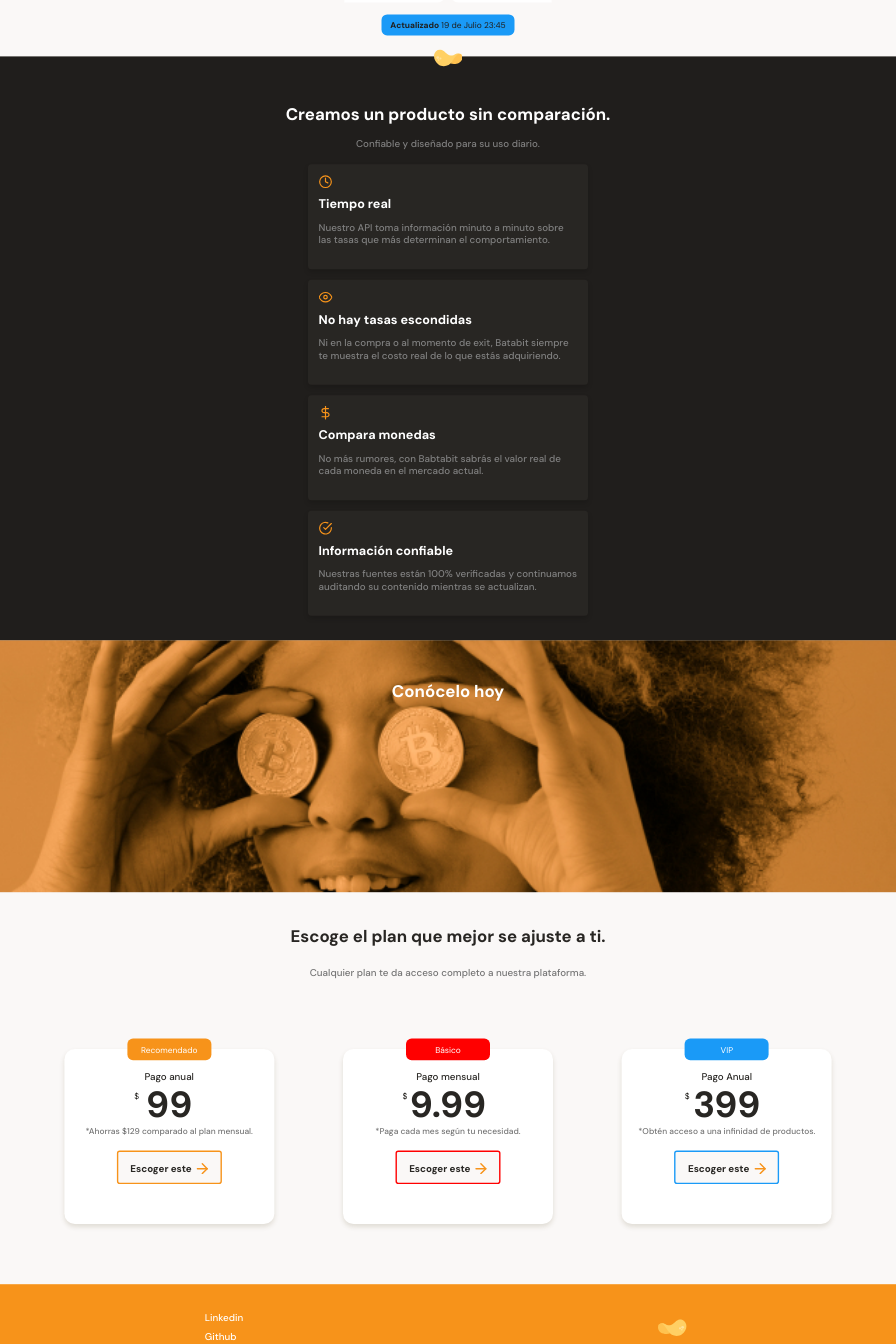
Repository: ChristianGecchelin/spa-full-css-html
Page: index.html
These files come from the project's save history. The page is drawn as it stood at one moment and after the next save; the edit follows.
The browser window is 1280 px wide. The pictures show the part of the page from y = 1411 to 3331 px (the page is 3396 px tall before and 2916 px after), at 70% of full size.

Above is the page before, as saved 2021-11-29 23:41:59.

### index.html
<!DOCTYPE html>
<html lang="en">
  <head>
    <meta charset="UTF-8" />
    <meta http-equiv="X-UA-Compatible" content="IE=edge" />
    <meta name="viewport" content="width=device-width, initial-scale=1.0" />
    <title></title>
    <link rel="preconnect" href="https://fonts.googleapis.com" />
    <link rel="preconnect" href="https://fonts.gstatic.com" crossorigin />
    <link
      href="https://fonts.googleapis.com/css2?family=DM+Sans:wght@400;500;700&family=Inter:wght@300;500&display=swap"
      rel="stylesheet"
    />
    <link rel="stylesheet" href="./styles/styles.css" />
    <link
      rel="stylesheet"
      href="./styles/tablet.css"
      media="(min-width:930px)"
    />
  </head>
  <!-- shift+alt+A para comentar -->
  <body>
    <header>
      <!-- Las etiquetas principales no necesitan ponerle clase porque solo hay una en el archivo -->
      <img src="./assets/img/logo.svg" alt="logo" />
      <div class="header--title-container">
        <h1>La próxima revolución en el intercambio de criptomonedas.</h1>
        <p>
          Batatabit te ayuda a navegar entre los diferentes precios y
          tendencias.
        </p>
        <a class="header--button" href="#plans"
          >Conoce Nuestros Planes <span></span
        ></a>
      </div>
    </header>
    <main>
      <section class="main-exchange-container">
        <div class="backgroundImg"></div>
        <div class="main-exchange-container--title">
          <h2>Visibilizamos todas las tasas de cambio.</h2>
          <p>
            Traemos información en tiempo real de las casas de cambio y las
            monedas más importantes del mundo.
          </p>
        </div>
        <section class="main-tables-container">
          <!-- creo otra seccion porque tengo mucha información para mostrar -->
          <div class="main-currency-table">
            <p class="currency-table--title">Monedas</p>
            <div class="currency-table--container">
              <table>
                <tr>
                  <!-- table row --><!-- table data, info de la tabla -->
                  <td class="table__top-left">Bitcoin</td>
                  <td class="table__top-right table__right">
                    $1.96 <span class="down"></span>
                  </td>
                </tr>
                <tr>
                  <td>Ethereum</td>
                  <td class="table__top-right table__right">
                    $0.07 <span class="up"></span>
                  </td>
                </tr>
                <tr>
                  <td>Ripple</td>
                  <td class="table__right">$2.17 <span class="down"></span></td>
                </tr>
                <tr>
                  <td class="table__bottom-left">Stellar</td>
                  <td class="table__bottom-right table__right">
                    $4.96 <span class="down"></span>
                  </td>
                </tr>
              </table>
            </div>
            <div class="currency-table--date">
              <p><b>Actualizado</b> 19 de Julio 23:45</p>
            </div>
          </div>
          <div class="main-comissions-table">
            <p class="comissions-table--title">Comisiones</p>
            <div class="comissions-table--container">
              <table>
                <tr>
                  <!-- table row --><!-- table data, info de la tabla -->
                  <td class="table__top-left">Bitrade</td>
                  <td class="table__top-right table__right">$12.96</td>
                </tr>
                <tr>
                  <td>Bitpreco</td>
                  <td class="table__top-right table__right">$13.07</td>
                </tr>
                <tr>
                  <td>Novadax</td>
                  <td class="table__right">$13.15</td>
                </tr>
                <tr>
                  <td class="table__bottom-left">Coinext</td>
                  <td class="table__bottom-right table__right">$14.96</td>
                </tr>
              </table>
            </div>
            <div class="comissions-table--date">
              <p><b>Actualizado</b> 19 de Julio 23:45</p>
            </div>
          </div>
        </section>
      </section>
      <section class="main-product-detail">
        <span class="product-detail--batata-logo"></span>
        <div class="product-detail--title">
          <h2>Creamos un producto sin comparación.</h2>
          <p>Confiable y diseñado para su uso diario.</p>
        </div>
        <section class="product-cards--container">
          <article class="product-detail--card">
            <span class="clock"></span>
            <p class="product--card-title">Tiempo real</p>
            <p class="product--card-body">
              Nuestro API toma información minuto a minuto sobre las tasas que
              más determinan el comportamiento.
            </p>
          </article>
          <article class="product-detail--card">
            <span class="eye"></span>
            <p class="product--card-title">No hay tasas escondidas</p>
            <p class="product--card-body">
              Ni en la compra o al momento de exit, Batabit siempre te muestra
              el costo real de lo que estás adquiriendo.
            </p>
          </article>
          <article class="product-detail--card">
            <span class="dollar"></span>
            <p class="product--card-title">Compara monedas</p>
            <p class="product--card-body">
              No más rumores, con Babtabit sabrás el valor real de cada moneda
              en el mercado actual.
            </p>
          </article>
          <article class="product-detail--card">
            <span class="check"></span>
            <p class="product--card-title">Información confiable</p>
            <p class="product--card-body">
              Nuestras fuentes están 100% verificadas y continuamos auditando su
              contenido mientras se actualizan.
            </p>
          </article>
        </section>
      </section>
      <section class="bitcoin-img-container">
        <h2>Conócelo hoy</h2>
      </section>
      <section id="plans" class="main-plans-container">
        <div class="plans--title">
          <h2>Escoge el plan que mejor se ajuste a ti.</h2>
          <p>Cualquier plan te da acceso completo a nuestra plataforma.</p>
        </div>
        <section class="plans-container--slider">
          <article class="plans-container--card">
            <p class="recomendado">Recomendado</p>
            <div class="plan-info-container">
              <h3 class="plan-card--title">Pago anual</h3>
              <p class="plan-card--price"><span class="chico">$</span> 99</p>
              <p class="plan-card--saving">
                *Ahorras $129 comparado al plan mensual.
              </p>
              <button class="plan-card--ca">Escoger este <span></span></button>
            </div>
          </article>
          <article class="plans-container--card">
            <p class="basico">Básico</p>
            <div class="plan-info-container">
              <h3 class="plan-card--title">Pago mensual</h3>
              <p class="plan-card--price"><span class="ancho">$</span> 9.99</p>
              <p class="plan-card--saving">
                *Paga cada mes según tu necesidad.
              </p>
              <button class="plan-card--car">Escoger este <span></span></button>
            </div>
          </article>
          <article class="plans-container--card">
            <p class="vip">VIP</p>
            <div class="plan-info-container">
              <h3 class="plan-card--title">Pago Anual</h3>
              <p class="plan-card--price"><span class="normal">$</span> 399</p>
              <p class="plan-card--saving">
                *Obtén acceso a una infinidad de productos.
              </p>
              <button class="plan-card--cab">Escoger este <span></span></button>
            </div>
          </article>
        </section>
      </section>
    </main>
    <footer>
      <section class="left">
        <ul>
          <li><a href="#">Linkedin</a></li>
          <li><a href="#">Github</a></li>
          <li><a href="#">Twitter</a></li>
        </ul>
      </section>
      <section class="right">
        <img src="assets/img/logo-footer.svg" alt="Logo Batabit 2020" />
      </section>
    </footer>
  </body>
</html>

### styles/styles.css
/* shift+alt+A para comentar */
/*  1° estilos relacionados a posicionamiento
    2° Modelo de caja (box model width height lo que da dimensión)
    3° Tipografías
    4° Visuales (sombras)
    5° Otros */
:root {
  /* colores (creo variables para no andar buscando los codigos */
  --bitcoin-orange: #f7931a;
  --soft-orange: #ffe9d5;
  --secondary-blue: #1a9af7;
  --soft-blue: #e7f5ff;
  --warm-black: #201e1c;
  --black: #282623;
  --grey: #bababa;
  --off-white: #faf8f7;
  --just-white: #fff;
}
* {
  box-sizing: border-box;
  margin: 0;
  padding: 0;
}
html {
  font-size: 62.5%;
  font-family: "DM Sans", sans-serif;
}
header {
  position: relative;
  display: flex;
  flex-direction: column;
  justify-content: center;
  width: 100%;
  min-width: 320px; /* dimensión más chica en moviles */
  height: 334px;
  text-align: center;
  background: linear-gradient(
    207.8deg,
    #201e1c 16.69%,
    #f7931a 100%
  ); /* el fondo con gradiente */
}
header img {
  width: 150px;
  height: 24px;
  margin-top: 60px;
  align-self: center; /* alineo al hijo (el padre debe tener flex) este caso es alineado horizontal porque el flex-direction es column */
}
.header--title-container {
  width: 90%; /* ocupa el 90% entre 288 y 900px */
  min-width: 288px;
  max-width: 900px;
  height: 218px;
  margin-top: 40px;
  text-align: center;
  align-self: center; /* centro el contenedor */
}
.header--title-container h1 {
  font-size: 2.4rem;
  font-weight: 700;
  line-height: 2.6rem;
  color: var(
    --just-white
  ); /* llamo la variable que cree en root para los colores */
}
.header--title-container p {
  margin-top: 25px;
  font-size: 1.4rem;
  font-weight: 500;
  line-height: 1.8rem;
  color: var(--soft-orange);
}
.header--title-container .header--button {
  position: absolute;
  top: 270px;
  left: calc(
    50% - 118px
  ); /* es importante dejar espacios entre el signo menos y los valores */
  display: block;
  margin-top: 35px;
  padding: 15px;
  width: 229px;
  height: 48px;
  background-color: var(--off-white);
  font-size: 1.4rem;
  font-weight: 700;
  text-decoration: none;
  color: var(--black);
  /* sombras */
  box-shadow: 0px 4px 8px rgba(89, 73, 30, 0.16);
  border: none;
  border-radius: 5px;
}
.header--button span {
  display: inline-block;
  width: 13px;
  height: 8px;
  margin-left: 10px;
  background-image: url(../assets/icons/down-arrow.svg);
}
main {
  width: 100%;
  height: auto;
  background-color: var(--off-white);
  min-width: 320px;
}
.main-exchange-container {
  width: 100%;
  height: auto;
  padding-top: 80px;
  padding-bottom: 30px;
  text-align: center;
}
.main-exchange-container--title {
  width: 90%;
  min-width: 288px;
  max-width: 900px;
  margin: 0 auto;
}
.main-exchange-container .backgroundImg {
  /* le tengo que dar dimensiones porque en el html la imagen no existe */
  width: 200px;
  height: 200px;
  margin: 0 auto;
  margin-bottom: 50px;
  background-image: url(../assets/img/Bitcoin.svg);
  background-size: cover;
  background-position: center;
  background-repeat: no-repeat; /* con estas propiedades de background garantizo que la imagen siempre va a estar centrada y que ocupe el espacio correcto */
}
.main-exchange-container h2 {
  margin-bottom: 30px;
  font-size: 2.4rem;
  font-weight: 700;
  line-height: 2.6rem;
  color: var(--black);
}
.main-exchange-container p {
  margin-bottom: 30px;
  font-size: 1.4rem;
  font-weight: 500;
  line-height: 1.6rem;
  color: #757575;
}
.main-currency-table .main-comissions-table {
  width: 70%;
  min-width: 235px;
  max-width: 500px;
  height: 360px;
  margin: 0 auto;
  font-family: "inter", "sans-serif";
}
.main-currency-table .currency-table--title,
.main-comissions-table .comissions-table--title {
  margin-bottom: 15px;
  font-size: 1.8rem;
  font-weight: bold;
  line-height: 2.3rem;
  color: var(--bitcoin-orange);
}
.main-comissions-table .comissions-table--title {
  margin-top: 30px;
  color: var(--secondary-blue);
}
.main-currency-table .currency-table--container,
.main-comissions-table .comissions-table--container {
  width: 90%;
  min-width: 230px;
  max-width: 300px;
  height: 250px;
  margin: 0 auto;
}
.currency-table--container table,
.comissions-table--container table {
  width: 100%;
  height: 100%;
}
.currency-table--container td,
.comissions-table--container td {
  width: 50%;
  font-size: 1.6rem;
  font-weight: 500;
  line-height: 1.9rem;
  color: var(--grey);
  background-color: var(--just-white);
}
.currency-table--container .table__top-left,
.comissions-table--container .table__top-left {
  border-radius: 15px 0 0 0;
}
.currency-table--container .table__top-right,
.comissions-table--container .table__top-right {
  border-radius: 0 15px 0 0;
}
.currency-table--container .table__bottom-left,
.comissions-table--container .table__bottom-left {
  border-radius: 0 0 15px 0;
}
.currency-table--container .table__bottom-right,
.comissions-table--container .table__bottom-right {
  border-radius: 0 0 0 15px;
}
.currency-table--container .table__right,
.comissions-table--container .table__right {
  font-size: 1.4rem;
  font-weight: normal;
  line-height: 1.7rem;
  color: #757575;
}
.currency-table--container .down,
.main-comissions-table .down {
  display: inline-block;
  width: 15px;
  height: 15px;
  margin-left: 10px;
  background-image: url(../assets/icons/trending-down.svg);
  background-size: cover;
  background-position: center;
  background-repeat: no-repeat;
}
.currency-table--container .up,
.main-comissions-table .up {
  display: inline-block;
  width: 15px;
  height: 15px;
  margin-left: 10px;
  background-image: url(../assets/icons/trending-up.svg);
  background-size: cover;
  background-position: center;
  background-repeat: no-repeat;
}
.currency-table--date,
.comissions-table--date {
  width: 190px;
  height: 30px;
  margin: 0 auto;
  margin-top: 15px;
  padding: 8px;
  background-color: var(--soft-orange);
  border-radius: 8px;
}
.comissions-table--date {
  background-color: var(--secondary-blue);
}
.currency-table--date p,
.comissions-table--date p {
  font-size: 1.2rem;
  line-height: 1.5rem;
  color: var(--warm-black);
  font-weight: 300;
}
.main-product-detail {
  position: relative;
  width: 100%;
  min-width: 320px;
  height: auto;
  padding: 20px 10px;
  background-color: var(--warm-black);
}
.product-detail--batata-logo {
  position: absolute;
  width: 40px;
  height: 25px;
  top: -10px;
  left: calc(50% - 20px); /* 20px porque es la mitad del width */
  background-image: url(../assets/icons/batata.svg);
}
.product-detail--title {
  width: 90%;
  min-width: 288px;
  height: auto;
  margin: 0 auto;
  margin-top: 50px;
  text-align: center;
}
.product-detail--title h2 {
  margin-bottom: 20px;
  font-size: 2.4rem;
  font-weight: 700;
  line-height: 2.6rem;
  color: var(--just-white);
}
.product-detail--title {
  margin-bottom: 20px;
  font-size: 1.4rem;
  font-weight: 500;
  line-height: 1.8rem;
  color: #808080;
}
.product-detail--card {
  width: 90%;
  min-width: 288px;
  max-width: 400px;
  height: 150px;
  margin: 15px auto;
  padding: 15px;
  background-color: var(--black);
  border-radius: 5px;
  box-shadow: 0 4px 8px rgba(0, 0, 0, 0.16);
}
.product-detail--card .clock {
  display: inline-block;
  width: 20px;
  height: 20px;
  margin-bottom: 10px;
  background-image: url(../assets/icons/clock.svg);
  background-size: cover;
  background-position: center;
  background-repeat: no-repeat;
}
.product-detail--card .eye {
  display: inline-block;
  width: 20px;
  height: 20px;
  margin-bottom: 10px;
  background-image: url(../assets/icons/eye.svg);
  background-size: cover;
  background-position: center;
  background-repeat: no-repeat;
}
.product-detail--card .dollar {
  display: inline-block;
  width: 20px;
  height: 20px;
  margin-bottom: 10px;
  background-image: url(../assets/icons/dollar-sign.svg);
  background-size: cover;
  background-position: center;
  background-repeat: no-repeat;
}
.product-detail--card .check {
  display: inline-block;
  width: 20px;
  height: 20px;
  margin-bottom: 10px;
  background-image: url(../assets/icons/check-circle.svg);
  background-size: cover;
  background-position: center;
  background-repeat: no-repeat;
}
.product--card-title {
  margin-bottom: 15px;
  font-size: 1.8rem;
  font-weight: 700;
  line-height: 1.8rem;
  color: var(--just-white);
}
.product--card-body {
  font-size: 1.4rem;
  font-weight: 500;
  line-height: 1.8rem;
  color: #808080;
}
.bitcoin-img-container {
  width: 100%;
  min-width: 320px;
  height: 50vh;
  background-image: url("../assets/img/bitcoinbaby2x.jpg");
  background-position: center;
  background-size: cover;
  background-repeat: no-repeat;
  text-align: center;
}
.bitcoin-img-container h2 {
  padding-top: 60px;
  font-size: 2.4rem;
  font-weight: 700;
  line-height: 2.6rem;
  color: var(--just-white);
}
.main-plans-container {
  width: 100%;
  min-width: 320px;
  padding-bottom: 70px;
  text-align: center;
}
.main-plans-container .plans--title {
  width: 90%;
  min-width: 288px;
  height: auto;
  margin: 0 auto;
  margin-bottom: 50px;
}
.main-plans-container .plans--title h2 {
  margin-top: 50px;
  font-size: 2.4rem;
  font-weight: 700;
  line-height: 2.6rem;
  color: var(--black);
}
.main-plans-container .plans--title p {
  padding-top: 30px;
  font-size: 1.4rem;
  font-weight: 500;
  line-height: 1.8rem;
  color: #757575;
}
.plans-container--slider {
  display: flex;
  gap: 5px;
  height: 316px;
  margin-right: 45px;
  margin-left: 45px;
  overflow-y: hidden;
  overflow-x: scroll; /* agrego un scroll para que no me cree un overflow horizontal */
  overscroll-behavior-x: contain;
  scroll-snap-type: x proximity;
}
.plans-container--card {
  position: relative;
  scroll-snap-align: center; /* si quedo entre dos tarjetas me lleva al centro de la mas proxima */
  width: 70%;
  min-width: 230px;
  max-width: 300px;
  height: 250px;
  margin: 50px auto 0;
  padding: 0 15px;
  background-color: var(--just-white);
  border-radius: 15px;
  box-shadow: 0 4px 8px rgba(89, 73, 30, 0.16);
}
.recomendado {
  position: absolute;
  width: 120px;
  height: 31px;
  background-color: var(--bitcoin-orange);
  top: -15px;
  left: calc(50% - 60px);
  padding: 8px;
  font-size: 1.2rem;
  border-radius: 8px;
  color: var(--just-white);
}
.vip {
  position: absolute;
  width: 120px;
  height: 31px;
  background-color: var(--secondary-blue);
  top: -15px;
  left: calc(50% - 60px);
  padding: 8px;
  font-size: 1.2rem;
  border-radius: 8px;
  color: var(--just-white);
}
.basico {
  position: absolute;
  width: 120px;
  height: 31px;
  background-color: red;
  top: -15px;
  left: calc(50% - 60px);
  padding: 8px;
  font-size: 1.2rem;
  border-radius: 8px;
  color: var(--just-white);
}
.plan-card--title {
  padding-top: 30px;
  font-size: 1.4rem;
  font-weight: 500;
  line-height: 1.8rem;
  color: var(--black);
}
.plan-card--price {
  position: relative;
  padding: 5px 0;
  font-size: 5.2rem;
  font-weight: 700;
  line-height: 5.3rem;
  color: var(--black);
}
.plan-card--price .chico {
  position: absolute;
  top: -6px;
  left: calc(50% - 50px);
  font-size: 1.2rem;
  font-weight: 300;
}
.plan-card--price .normal {
  position: absolute;
  top: -6px;
  left: calc(50% - 60px);
  font-size: 1.2rem;
  font-weight: 300;
}
.plan-card--price .ancho {
  position: absolute;
  top: -6px;
  left: calc(50% - 65px);
  font-size: 1.2rem;
  font-weight: 300;
}
.plan-card--saving {
  font-size: 1.2rem;
  font-weight: 500;
  line-height: 1.4rem;
  color: #757575;
}
.plan-card--ca {
  width: 150px;
  height: 48px;
  margin-top: 20px;
  background-color: #faf8f7;
  border: 2px solid var(--bitcoin-orange);
  border-radius: 4px;
  font-family: "DM Sans", "sans-serif";
  font-size: 1.4rem;
  font-weight: 700;
  line-height: 1.8rem;
  color: var(--black);
}
.plan-card--cab {
  width: 150px;
  height: 48px;
  margin-top: 20px;
  background-color: #faf8f7;
  border: 2px solid var(--secondary-blue);
  border-radius: 4px;
  font-family: "DM Sans", "sans-serif";
  font-size: 1.4rem;
  font-weight: 700;
  line-height: 1.8rem;
  color: var(--black);
}
.plan-card--ca span {
  display: inline-block;
  width: 20px;
  height: 20px;
  background-image: url("../assets/icons/orange-right-arrow.svg");
  vertical-align: text-bottom; /* alinea el texto */
}
.plan-card--cab span {
  display: inline-block;
  width: 20px;
  height: 20px;
  background-image: url("../assets/icons/orange-right-arrow.svg");
  vertical-align: text-bottom; /* alinea el texto */
}
.plan-card--car {
  width: 150px;
  height: 48px;
  margin-top: 20px;
  background-color: #faf8f7;
  border: 2px solid red;
  border-radius: 4px;
  font-family: "DM Sans", "sans-serif";
  font-size: 1.4rem;
  font-weight: 700;
  line-height: 1.8rem;
  color: var(--black);
}

.plan-card--car span {
  display: inline-block;
  width: 20px;
  height: 20px;
  background-image: url("../assets/icons/orange-right-arrow.svg");
  vertical-align: text-bottom; /* alinea el texto */
}
footer {
  display: flex;
  width: 100%;
  height: 150px;
  background-color: var(--bitcoin-orange);
}
footer section {
  display: flex;
  width: 50%;
  justify-content: center;
  align-items: center;
}
footer .left ul {
  font-size: 1.4rem;
  font-weight: 500;
  line-height: 1.8rem;
  list-style: none;
}
.left li {
  margin: 10px 0;
}
.left a {
  text-decoration: none;
  color: var(--just-white);
}

### styles/tablet.css
.plans-container--slider {
  justify-content: center;
  overflow-x: hidden;
}

After the next save:
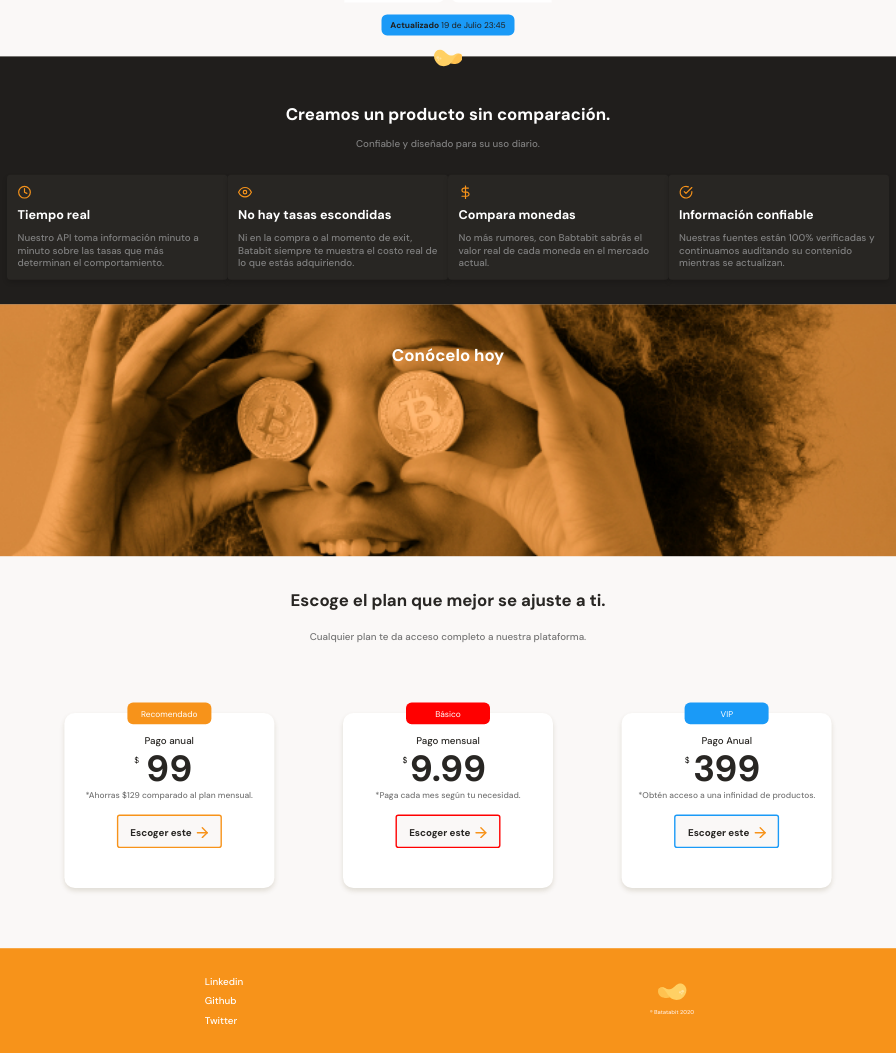
Saved 64 s later.
--- a/styles/tablet.css
+++ b/styles/tablet.css
@@ -1,3 +1,6 @@
+.product-cards--container {
+  display: flex;
+}
 .plans-container--slider {
   justify-content: center;
   overflow-x: hidden;
